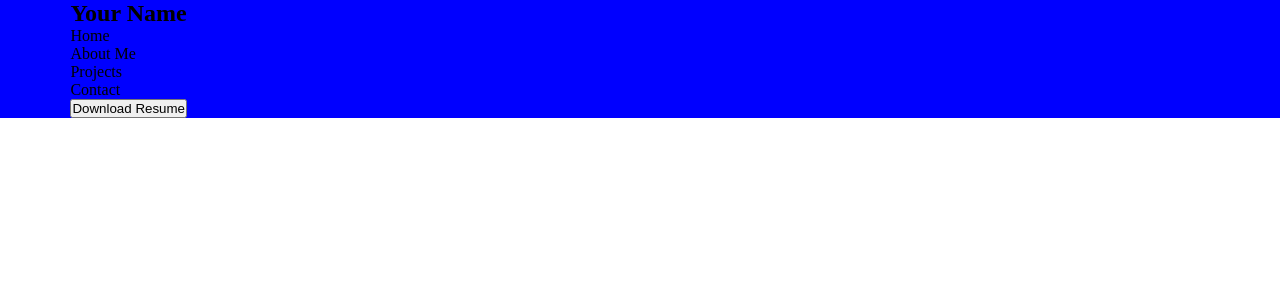
Repository: DevAntonioRogers/vanilla-portfolio
Page: index.html
These files come from the project's save history. The page is drawn as it stood at one moment and after the next save; the edit follows.
The browser window is 1280 px wide. The pictures show the whole page.

Above is the page before, as saved 2023-07-12 14:10:22.

After the next save:
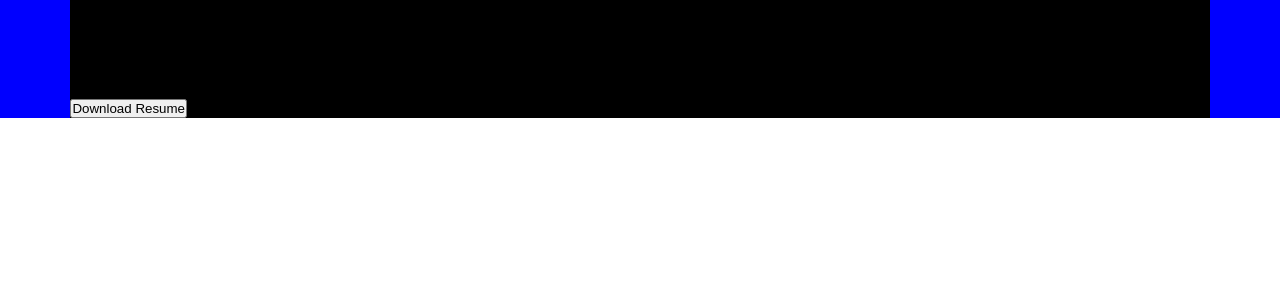
Saved 19 s later.
--- a/style.css
+++ b/style.css
@@ -21,3 +21,7 @@ li {
 nav {
   background-color: blue;
 }
+
+.nav-container {
+  background-color: black;
+}
